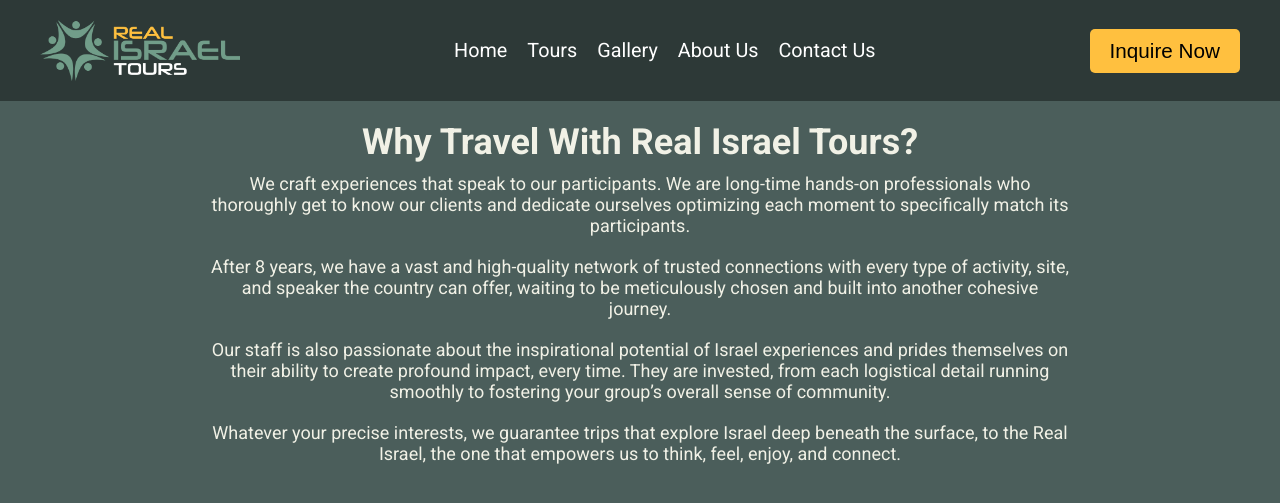
Repository: Pafestivo/realIsraelTours
Page: / (app in frontend/)
These files come from the project's save history. The page is drawn as it stood at one moment and after the next save; the edit follows.
The browser window is 1280 px wide. The pictures show the whole page.
The project was rebuilt for these pictures with package versions that can differ from the ones it lists, and the page was loaded fresh each time. The framework's server and built-in components were replaced by stand-ins that run in the browser. Also part of the build but not shown: frontend/next.config.js.

Above is the page before, as saved 2023-09-19 20:39:12.

After the next save:
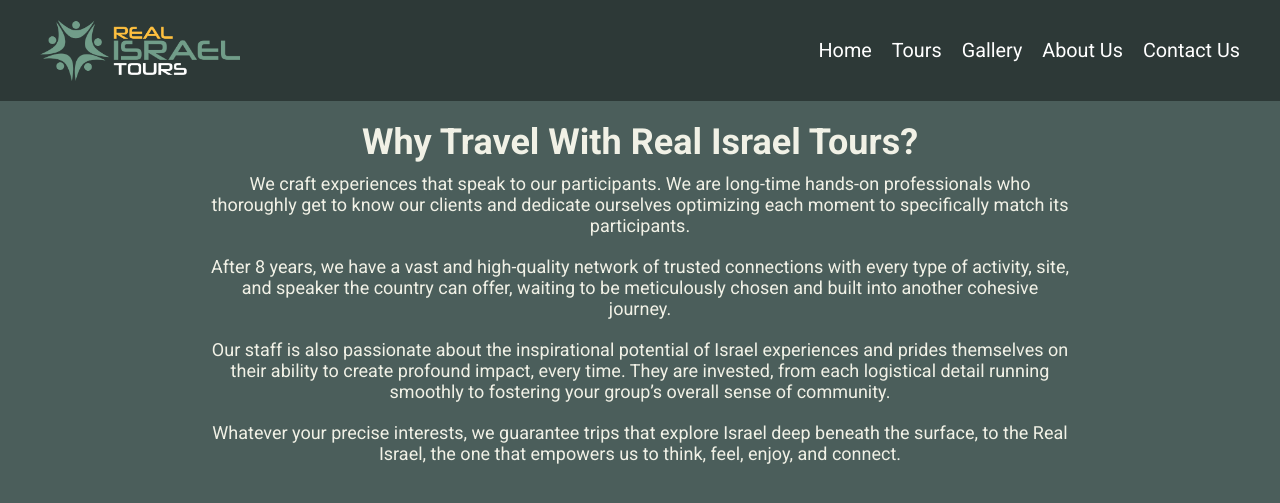
Saved 5 s later.
--- a/frontend/src/components/Header.tsx
+++ b/frontend/src/components/Header.tsx
@@ -29,7 +29,7 @@
       <button onClick={toggleMenu} className="hamburger">
         ☰
       </button>
-      <button className="inquire">Inquire Now</button>
+      <button className="inquire desktop-only">Inquire Now</button>
     </div>
   );
 };

After the save that followed:
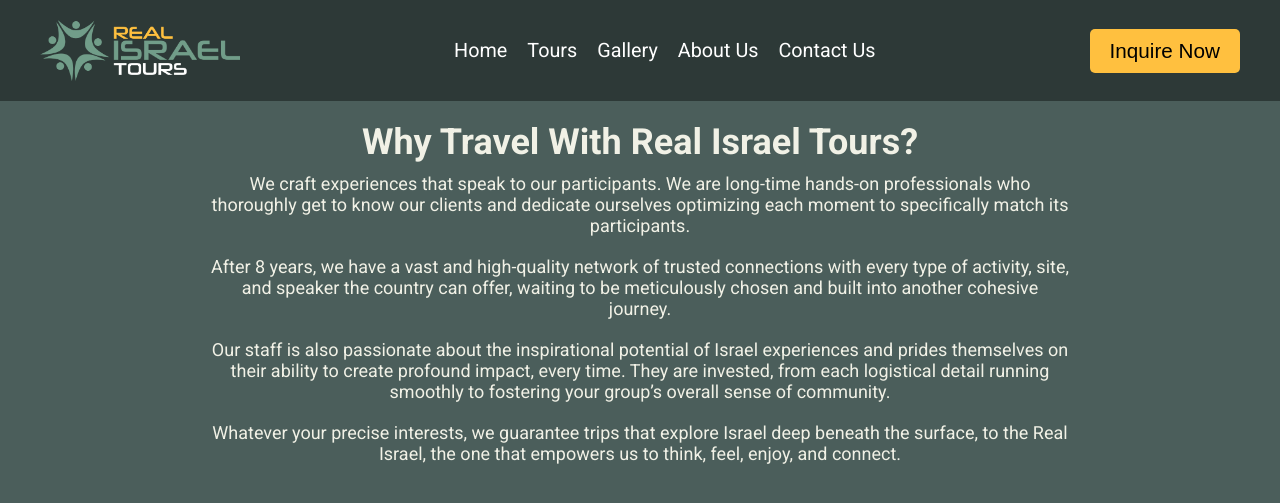
Saved 27 s later.
--- a/frontend/src/styles/globals.css
+++ b/frontend/src/styles/globals.css
@@ -26,7 +26,7 @@
 }
 
 .desktop-only {
-  display: none;
+  display: block;
 }
 
 @media screen and (max-width: 768px) {
